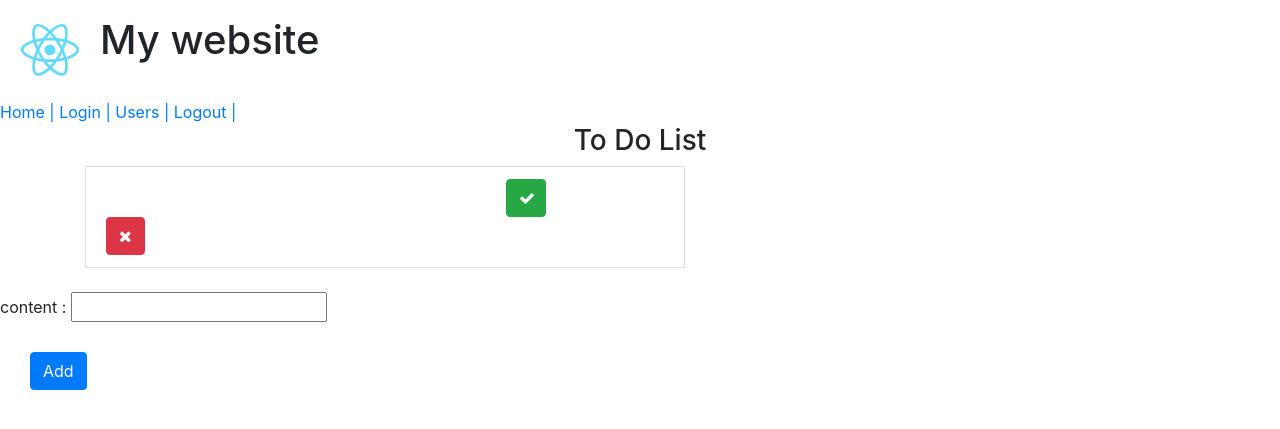
Repository: Marwa-Medhat/ReactJS-Labs
Page: / (app in myapp/), after clicking the first element matching `button.btn`
The author's editor kept a copy of each file at every save. The page is drawn from the files as they stood at one save, then again after the next save.
The browser window is 1280 px wide. The pictures show the whole page.
The project was rebuilt for these pictures with package versions that can differ from the ones it lists, and the page was loaded fresh each time.

Above is the page before, as saved 2021-04-28 21:18:44.

After the next save:
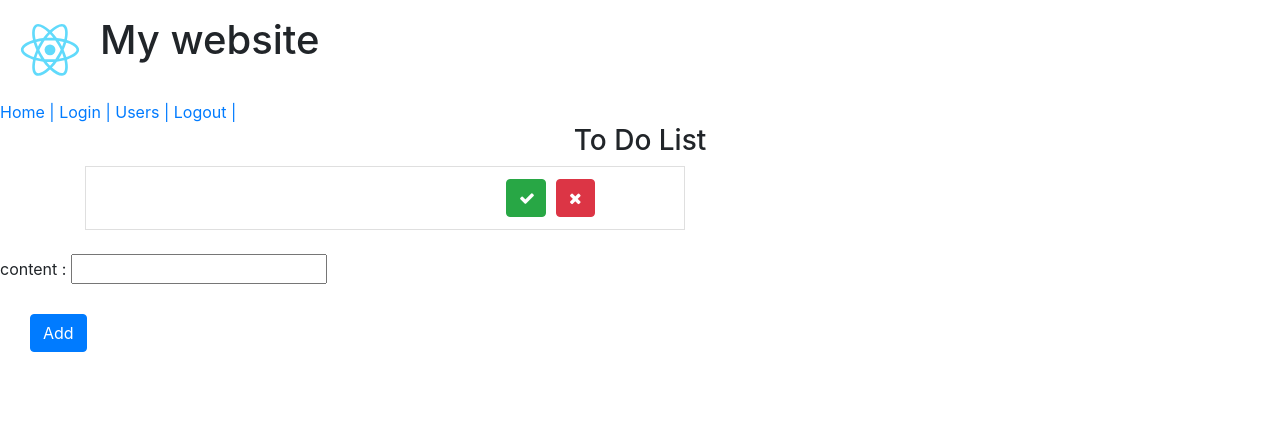
Saved 13 s later.
--- a/myapp/src/todo.js
+++ b/myapp/src/todo.js
@@ -91,7 +91,7 @@ class DisplayTask extends React.Component{
     render(){
         return <div>
     <a href="#" class="list-group-item list-group-item-action " style={{width:600 ,fontWeight:'bolder',marginRight:50,}}>{this.props.content.content}
-    <button  className="btn btn-success" style={{ marginLeft: 400,marginRight: 100 ,paddingRight:10}}><i className="fa fa-check "></i></button>
+    <button  className="btn btn-success" style={{ marginLeft: 400,marginRight: 10 ,paddingRight:10}}><i className="fa fa-check "></i></button>
     <button className="btn btn-danger"style={{ }} ><i className="fa fa-times btn-danger" ></i></button></a>
 
     </div>
